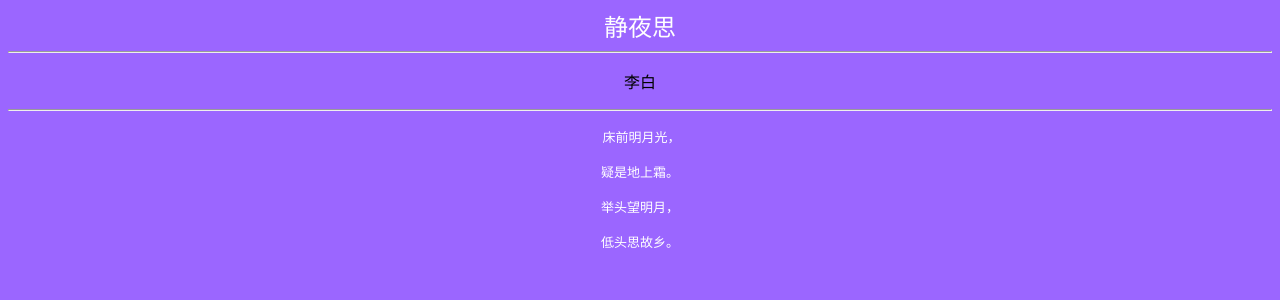
Repository: 13982720426/jsp-homework
Page: JSP实验课作业/JSP实验课1/sy2-4.html
The author's editor kept a copy of each file at every save. The page is drawn from the files as they stood at one save, then again after a run of saves.
The browser window is 1280 px wide. The pictures show the whole page.

Above is the page before, as saved 2021-04-21 20:20:21.

### JSP实验课作业/JSP实验课1/sy2-4.html
<!DOCTYPE html>
<html>

<head>
    <meta charset="utf-8" />
    <title></title>
    <style>
        .divcss {
            text-align: center;
            color: "#ffffff"
        }
    </style>
</head>

<body text=black bgcolor='#9b66ff'>
    <div class="divcss">
        <font size="5" color="#ffffff">静夜思</font>
        <hr />
        <p>
            <font size="3">李白</font>
            <hr />
        <p>
            <font size="2" color="#ffffff">&nbsp;床前明月光，</font>
        <p>
            <font size="2" color="#ffffff">疑是地上霜。</font>
        <p>
            <font size="2" color="#ffffff">举头望明月，</font>
        <p>
            <font size="2" color="#ffffff">低头思故乡。</font>
    </div>
</body>

</html>

After the next 2 saves:
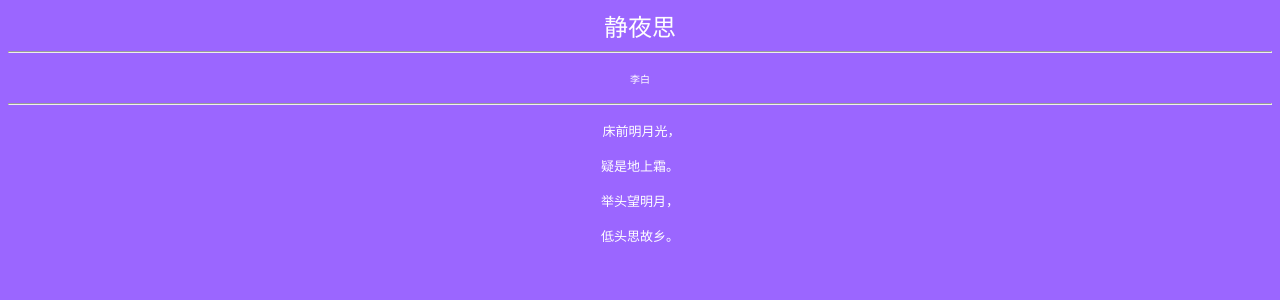
The 2 saves are shown as one change because they came seconds apart.
The last was saved 13 s later.
--- a/JSP实验课作业/JSP实验课1/sy2-4.html
+++ b/JSP实验课作业/JSP实验课1/sy2-4.html
@@ -17,7 +17,7 @@
         <font size="5" color="#ffffff">静夜思</font>
         <hr />
         <p>
-            <font size="3">李白</font>
+            <font size="1" color="#ffffff">李白</font>
             <hr />
         <p>
             <font size="2" color="#ffffff">&nbsp;床前明月光，</font>
